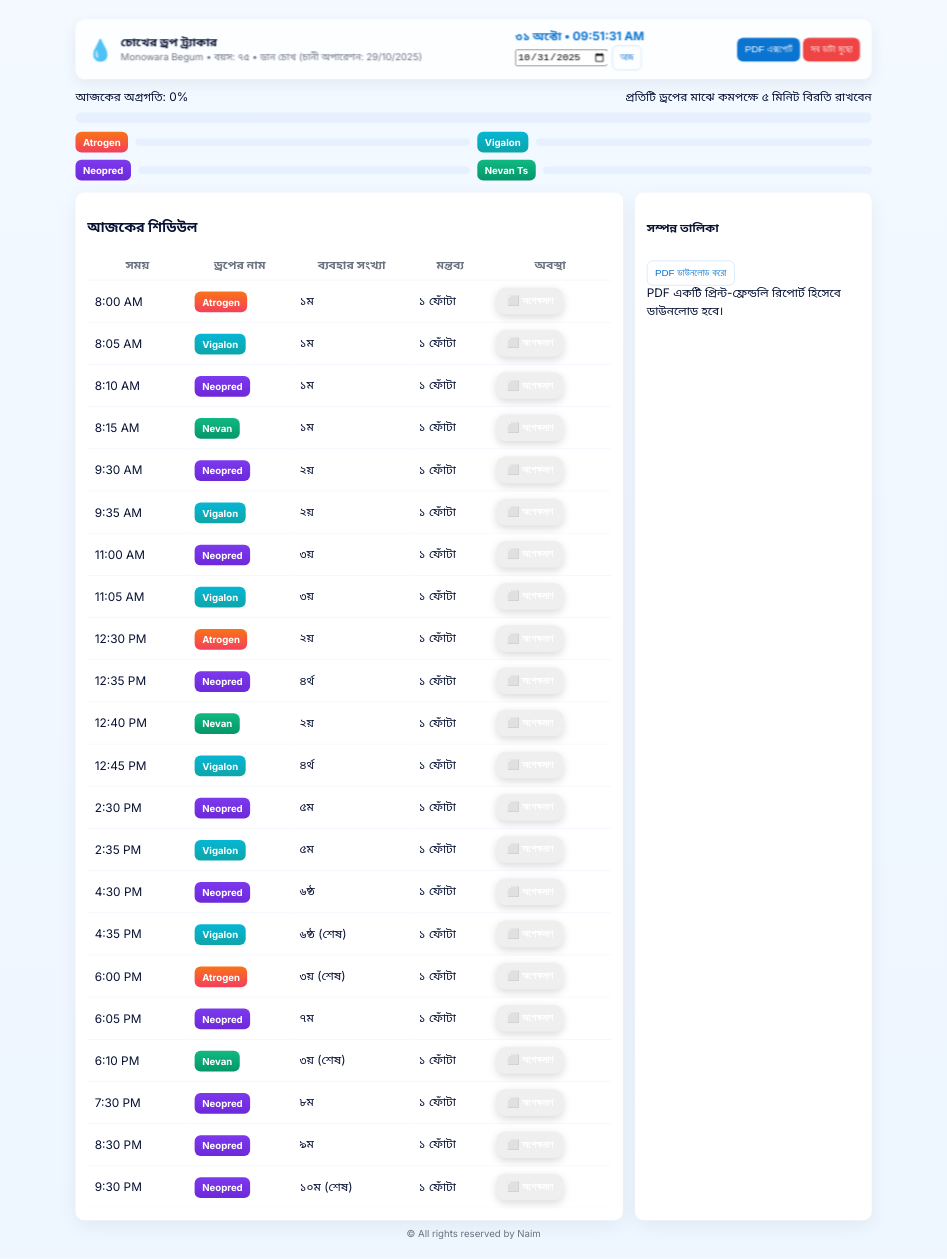
Repository: naimuddin1190/EyeDrop-Tracker
Page: index.html
An editor plug-in stored every save of this project. The page is shown before and after the next save, followed by the edit.
The browser window is 1280 px wide. The pictures show the whole page, at 74% of full size.

Above is the page before, as saved 2025-10-31 12:35:57.

### index.html
<!doctype html>
<html lang="bn">
<head>
  <meta charset="utf-8" />
  <meta name="viewport" content="width=device-width,initial-scale=1" />
  <title>চোখের ড্রপ ট্র্যাকার — Monowara Begum</title>

  <!-- Fonts -->
  <link href="https://fonts.googleapis.com/css2?family=Inter:wght@400;600;700&family=Noto+Sans+Bengali:wght@400;600&display=swap" rel="stylesheet">



  <!-- Styles -->
  <link rel="stylesheet" href="styles.css">

  <!-- html2pdf -->
  <script src="https://unpkg.com/html2pdf.js@0.9.3/dist/html2pdf.bundle.min.js"></script>
</head>
<body>
  <div class="app">
    <header class="topbar">
      <div class="brand">
        <div class="logo">💧</div>
        <div>
          <div class="title">চোখের ড্রপ ট্র্যাকার</div>
          <div class="subtitle">Monowara Begum • বয়স: ৭৫ • ডান চোখ (চানী অপারেশন: 29/10/2025)</div>
        </div>
      </div>

      <div class="top-center">
        <div class="live-time" id="liveTime">—:—</div>
        <div class="date-controls">
          <input type="date" id="viewDate">
          <button id="todayBtn" class="btn ghost">আজ</button>
        </div>
      </div>

      <div class="top-right">
        <button id="exportPdf" class="btn">PDF এক্সপোর্ট</button>
        <button id="clearAll" class="btn danger">সব ডাটা মুছো</button>
      </div>
    </header>

    <!-- Overall progress -->
    <section class="progress-wrap">
      <div class="progress-info">
        <div id="progressText">আজকের অগ্রগতি: 0%</div>
        <div class="small-note">প্রতিটি ড্রপের মাঝে কমপক্ষে ৫ মিনিট বিরতি রাখবেন</div>
      </div>
      <div class="progress-bar-bg">
        <div id="progressBar" class="progress-bar-fill"></div>
      </div>
    </section>

    <!-- 4 individual medicine progress -->
    <section class="progress-multi">
      <div class="med-progress">
        <span class="med-badge med-atrogen">Atrogen</span>
        <div class="progress-bar-bg small"><div id="prog-atrogen" class="progress-bar-fill"></div></div>
      </div>
      <div class="med-progress">
        <span class="med-badge med-vigalon">Vigalon</span>
        <div class="progress-bar-bg small"><div id="prog-vigalon" class="progress-bar-fill"></div></div>
      </div>
      <div class="med-progress">
        <span class="med-badge med-neopred">Neopred</span>
        <div class="progress-bar-bg small"><div id="prog-neopred" class="progress-bar-fill"></div></div>
      </div>
      <div class="med-progress">
        <span class="med-badge med-nevan">Nevan Ts</span>
        <div class="progress-bar-bg small"><div id="prog-nevan" class="progress-bar-fill"></div></div>
      </div>
    </section>

    <!-- Main area -->
    <main class="content">
      <section class="card schedule-card">
        <h3>আজকের শিডিউল</h3>
        <div class="table-wrap">
          <table id="scheduleTable" class="schedule-table">
            <thead>
              <tr>
                <th>সময়</th>
                <th>ড্রপের নাম</th>
                <th>ব্যবহার সংখ্যা</th>
                <th>মন্তব্য</th>
                <th>অবস্থা</th>
              </tr>
            </thead>
            <tbody id="scheduleBody"></tbody>
          </table>
        </div>
      </section>

      <aside class="card side-card">
        <h4>সম্পন্ন তালিকা</h4>
        <ul id="completedList" class="completed-list"></ul>
        <div class="side-actions">
          <button id="exportPdfManual" class="btn ghost">PDF ডাউনলোড করো</button>
          <div class="small-note">PDF একটি প্রিন্ট-ফ্রেন্ডলি রিপোর্ট হিসেবে ডাউনলোড হবে।</div>
        </div>
      </aside>
    </main>

    <div id="pdfContainer" style="display:none;"></div>
    <footer class="footer">© All rights reserved by Naim</footer>
  </div>

  <script src="https://cdnjs.cloudflare.com/ajax/libs/html2pdf.js/0.10.1/html2pdf.bundle.min.js"></script>

  <script src="app.js"></script>
</body>
</html>

### styles.css
:root {
  --bg:#f6fbff;
  --card:#ffffff;
  --accent:#0b74d1;
  --accent-2:#7c3aed;
  --muted:#6b7280;
  --green:#10b981;
  --danger:#ef4444;
}

@font-face {
  font-family: 'NotoSansBangla';
  src: url('fonts/NotoSansBengali-Regular.ttf') format('truetype');
  font-display: swap;
}

@font-face {
  font-family: 'NotoSansBangla';
  src: url('fonts/NotoSansBengali-Bold.ttf') format('truetype');
  font-weight: bold;
  font-display: swap;
}

body {
  font-family: 'NotoSansBangla', sans-serif;
}

* { box-sizing: border-box; }

body {
  margin: 0;
  font-family: "Inter", "Noto Sans Bengali", system-ui;
  background: linear-gradient(180deg,#f3f9ff 0%,#eef6ff 100%);
  color: #071233;
}

/* Container */
.app {
  max-width: 1100px;
  margin: 14px auto;
  padding: 12px;
}

/* Topbar */
.topbar {
  display: flex;
  align-items: center;
  justify-content: space-between;
  gap: 12px;
  padding: 12px 16px;
  border-radius: 12px;
  background: rgba(255, 255, 255, 0.8);
  box-shadow: 0 6px 22px rgba(9,30,66,0.08);
  backdrop-filter: blur(6px);
  flex-wrap: wrap;
}

.brand { display: flex; align-items: center; gap: 10px; }
.logo { font-size: 28px; }
.title { font-weight: 700; font-size: 16px; }
.subtitle { font-size: 13px; color: var(--muted); }
.live-time { color: var(--accent); font-weight: 700; }

.btn {
  background: var(--accent);
  color: #fff;
  padding: 8px 10px;
  border-radius: 8px;
  border: 0;
  cursor: pointer;
}
.btn.ghost { background: transparent; color: var(--accent); border: 1px solid rgba(11,116,209,0.2); }
.btn.danger { background: var(--danger); }

.date-controls {
  display: flex;
  align-items: center;
  gap: 6px;
}

/* Progress */
.progress-wrap { margin-top: 14px; display: flex; flex-direction: column; gap: 8px; }
.progress-bar-bg { height: 14px; background: #e6f0ff; border-radius: 12px; overflow: hidden; }
.progress-bar-fill {
  height: 100%;
  width: 0%;
  background: linear-gradient(90deg,var(--accent),var(--accent-2));
  transition: width 400ms ease;
}
.progress-info { display: flex; justify-content: space-between; align-items: center; }

/* Small individual bars */
.progress-multi { display: grid; grid-template-columns: 1fr 1fr; gap: 10px; margin-top: 12px; }
.med-progress { display: flex; align-items: center; gap: 10px; }
.progress-bar-bg.small { flex: 1; height: 10px; }
.med-badge { padding: 6px 10px; border-radius: 8px; color: #fff; font-weight: 700; font-size: 13px; }
.med-atrogen { background: linear-gradient(180deg,#f97316,#f43f5e); }
.med-vigalon { background: linear-gradient(180deg,#06b6d4,#0ea5a9); }
.med-neopred { background: linear-gradient(180deg,#7c3aed,#6d28d9); }
.med-nevan { background: linear-gradient(180deg,#10b981,#059669); }

/* Layout */
.content { display: grid; grid-template-columns: 1fr 320px; gap: 16px; margin-top: 16px; }
.card { background: var(--card); padding: 16px; border-radius: 12px; box-shadow: 0 8px 28px rgba(13,27,65,0.06); }
.table-wrap { overflow: auto; }

/* Table */
.schedule-table { width: 100%; border-collapse: collapse; min-width: 560px; }
.schedule-table th {
  padding: 8px;
  border-bottom: 1px solid #eef4ff;
  color: var(--muted);
}
.schedule-table td {
  padding: 10px;
  border-bottom: 1px solid #f1f7ff;
}

/* Completed list */
.completed-list {
  list-style: none;
  padding: 0;
  margin: 0;
  max-height: 300px;
  overflow: auto;
}
.completed-list li {
  background: #f3f9ff;
  padding: 8px;
  margin-bottom: 6px;
  border-radius: 8px;
  font-weight: 600;
  color: #073257;
}
.side-actions { margin-top: 10px; }

/* Footer */
.footer { text-align: center; font-size: 13px; color: var(--muted); margin-top: 10px; }

/* Button styles */
.mark-btn {
  padding: 10px 14px;
  border-radius: 12px;
  border: none;
  cursor: pointer;
  font-weight: 700;
  color: white;
  box-shadow: 0 4px 12px rgba(0,0,0,0.15);
  transition: transform 0.2s ease, box-shadow 0.2s ease;
}

/* ✅ Completed Button */
.mark-btn.done {
  background: linear-gradient(90deg,#10b981,#34d399);
  color: #fff;
  box-shadow: 0 4px 12px rgba(16,185,129,0.35);
}

/* 🟠 Drop-specific pending buttons */
.mark-btn.pending[data-idx][data-drop="atrogen"] {
  background: linear-gradient(135deg,#f97316,#f43f5e);
}
.mark-btn.pending[data-idx][data-drop="vigalon"] {
  background: linear-gradient(135deg,#06b6d4,#0ea5a9);
}
.mark-btn.pending[data-idx][data-drop="neopred"] {
  background: linear-gradient(135deg,#7c3aed,#6d28d9);
}
.mark-btn.pending[data-idx][data-drop="nevan"] {
  background: linear-gradient(135deg,#10b981,#059669);
}

.mark-btn:hover {
  transform: scale(1.05);
  box-shadow: 0 6px 18px rgba(0,0,0,0.25);
}

/* Drop complete message */
.drop-complete-msg {
  margin-top: 4px;
  font-size: 14px;
  color: #009e60;
  font-weight: 600;
  animation: fadeIn 0.6s ease;
}

/* All complete banner */
.all-complete-banner {
  margin-top: 12px;
  background: linear-gradient(90deg, #00c853, #64dd17);
  color: white;
  font-weight: 700;
  text-align: center;
  padding: 10px;
  border-radius: 8px;
  animation: fadeIn 1s ease;
  box-shadow: 0 0 10px rgba(0,0,0,0.2);
}

@keyframes fadeIn {
  from { opacity: 0; transform: scale(0.95); }
  to { opacity: 1; transform: scale(1); }
}

/* Responsive */
@media(max-width:900px) {
  .content { grid-template-columns: 1fr; }
  .progress-multi { grid-template-columns: 1fr; }
}

### app.js
/* app.js — বাংলা UI + ৪টি ড্রপের প্রগ্রেস বার + সম্পন্ন তালিকা PDF + progress সম্পূর্ণ হলে বার্তা + সতর্কবার্তা সংযুক্ত */

const scheduleData = [
  ["8:00 AM", "Atrogen 1%", "১ম", "১ ফোঁটা", "atrogen"],
  ["8:05 AM", "Vigalon", "১ম", "১ ফোঁটা", "vigalon"],
  ["8:10 AM", "Neopred", "১ম", "১ ফোঁটা", "neopred"],
  ["8:15 AM", "Nevan Ts", "১ম", "১ ফোঁটা", "nevan"],
  ["9:30 AM", "Neopred", "২য়", "১ ফোঁটা", "neopred"],
  ["9:35 AM", "Vigalon", "২য়", "১ ফোঁটা", "vigalon"],
  ["11:00 AM", "Neopred", "৩য়", "১ ফোঁটা", "neopred"],
  ["11:05 AM", "Vigalon", "৩য়", "১ ফোঁটা", "vigalon"],
  ["12:30 PM", "Atrogen 1%", "২য়", "১ ফোঁটা", "atrogen"],
  ["12:35 PM", "Neopred", "৪র্থ", "১ ফোঁটা", "neopred"],
  ["12:40 PM", "Nevan Ts", "২য়", "১ ফোঁটা", "nevan"],
  ["12:45 PM", "Vigalon", "৪র্থ", "১ ফোঁটা", "vigalon"],
  ["2:30 PM", "Neopred", "৫ম", "১ ফোঁটা", "neopred"],
  ["2:35 PM", "Vigalon", "৫ম", "১ ফোঁটা", "vigalon"],
  ["4:30 PM", "Neopred", "৬ষ্ঠ", "১ ফোঁটা", "neopred"],
  ["4:35 PM", "Vigalon", "৬ষ্ঠ (শেষ)", "১ ফোঁটা", "vigalon"],
  ["6:00 PM", "Atrogen 1%", "৩য় (শেষ)", "১ ফোঁটা", "atrogen"],
  ["6:05 PM", "Neopred", "৭ম", "১ ফোঁটা", "neopred"],
  ["6:10 PM", "Nevan Ts", "৩য় (শেষ)", "১ ফোঁটা", "nevan"],
  ["7:30 PM", "Neopred", "৮ম", "১ ফোঁটা", "neopred"],
  ["8:30 PM", "Neopred", "৯ম", "১ ফোঁটা", "neopred"],
  ["9:30 PM", "Neopred", "১০ম (শেষ)", "১ ফোঁটা", "neopred"]
];

const scheduleBody = document.getElementById('scheduleBody');
const completedList = document.getElementById('completedList');
const progressBar = document.getElementById('progressBar');
const progressText = document.getElementById('progressText');
const liveTime = document.getElementById('liveTime');
const viewDate = document.getElementById('viewDate');
const todayBtn = document.getElementById('todayBtn');
const exportPdf = document.getElementById('exportPdf');
const exportPdfManual = document.getElementById('exportPdfManual');
const clearAll = document.getElementById('clearAll');
const pdfContainer = document.getElementById('pdfContainer');

// Individual progress bar references
const progBars = {
  atrogen: document.getElementById('prog-atrogen'),
  vigalon: document.getElementById('prog-vigalon'),
  neopred: document.getElementById('prog-neopred'),
  nevan: document.getElementById('prog-nevan')
};

const TOTAL = scheduleData.length;

// আজকের তারিখ
function isoToday(d = new Date()) {
  return new Date(d.getTime() - d.getTimezoneOffset() * 60000).toISOString().slice(0, 10);
}
viewDate.value = isoToday();

// সময় আপডেট
function updateClock() {
  const n = new Date();
  liveTime.textContent =
    n.toLocaleDateString('bn-BD', { month: 'short', day: 'numeric' }) +
    ' • ' +
    n.toLocaleTimeString([], { hour: '2-digit', minute: '2-digit', second: '2-digit' });
}
setInterval(updateClock, 1000);
updateClock();

// Storage
function keyFor(d) {
  return 'eyedrop_' + d;
}
function loadDay(d) {
  const raw = localStorage.getItem(keyFor(d));
  if (!raw) {
    const obj = scheduleData.map((r, i) => ({
      idx: i,
      time: r[0],
      med: r[1],
      count: r[2],
      note: r[3],
      tag: r[4],
      taken: false
    }));
    localStorage.setItem(keyFor(d), JSON.stringify(obj));
    return obj;
  }
  return JSON.parse(raw);
}
function saveDay(d, arr) {
  localStorage.setItem(keyFor(d), JSON.stringify(arr));
}

// Render Table + Completed List
function render() {
  const dateStr = viewDate.value;
  const day = loadDay(dateStr);
  scheduleBody.innerHTML = '';
  completedList.innerHTML = '';

  day.forEach(it => {
    const tr = document.createElement('tr');
    const medBadge = `<span class="med-badge med-${it.tag}">${it.med.split(' ')[0]}</span>`;
    tr.innerHTML = `
      <td>${it.time}</td>
      <td>${medBadge}</td>
      <td>${it.count}</td>
      <td>${it.note}</td>
      <td><button class="mark-btn ${it.taken ? 'done' : 'pending'}" data-idx="${it.idx}">
        ${it.taken ? '✅ সম্পন্ন' : '⬜ অপেক্ষমাণ'}
      </button></td>`;
    scheduleBody.appendChild(tr);

    if (it.taken) {
      const li = document.createElement('li');
      li.textContent = `${it.time} — ${it.med} (${it.count})`;
      completedList.appendChild(li);
    }
  });

  document.querySelectorAll('.mark-btn').forEach(btn => {
    btn.onclick = () => {
      toggleTaken(dateStr, parseInt(btn.dataset.idx));
    };
  });

  updateProgressUI(day);
}

// Toggle Taken (with warning)
function toggleTaken(d, idx) {
  const day = loadDay(d);
  const item = day.find(i => i.idx === idx);

  if (item.taken) {
    const confirmMsg = confirm("⚠️ আপনি কি ভুলে ক্লিক করেছেন?\nনাকি সত্যিই পেছনে ফিরবেন?");
    if (!confirmMsg) return; // Cancel করলে কিছু হবে না
  }

  item.taken = !item.taken;
  saveDay(d, day);
  render();
}

// Update Progress UI + messages
function updateProgressUI(day) {
  const done = day.filter(d => d.taken).length;
  const percent = Math.round((done / TOTAL) * 100);
  progressBar.style.width = percent + '%';
  progressText.textContent = `আজকের অগ্রগতি: ${percent}%`;

  let allComplete = true;

  ['atrogen', 'vigalon', 'neopred', 'nevan'].forEach(tag => {
    const total = day.filter(d => d.tag === tag).length;
    const done = day.filter(d => d.tag === tag && d.taken).length;
    const p = Math.round((done / total) * 100);
    progBars[tag].style.width = p + '%';

    let msgId = 'msg_' + tag;
    let existing = document.getElementById(msgId);
    if (p === 100) {
      if (!existing) {
        const msg = document.createElement('div');
        msg.id = msgId;
        msg.className = 'drop-complete-msg';
        msg.textContent = `✔️ ${tag.toUpperCase()} সম্পন্ন হয়েছে`;
        progBars[tag].parentElement.parentElement.appendChild(msg);
      }
    } else if (existing) {
      existing.remove();
      allComplete = false;
    }
    if (p < 100) allComplete = false;
  });

  // যদি সব ড্রপ সম্পন্ন হয়
  let doneMsg = document.getElementById('allDoneMsg');
  if (allComplete) {
    if (!doneMsg) {
      doneMsg = document.createElement('div');
      doneMsg.id = 'allDoneMsg';
      doneMsg.className = 'all-complete-banner';
      doneMsg.textContent = '🎉 আজকের সব ড্রপের শিডিউল সফলভাবে সম্পন্ন হয়েছে!';
      document.querySelector('.progress-wrap').appendChild(doneMsg);
    }
  } else if (doneMsg) {
    doneMsg.remove();
  }
}

// Buttons
todayBtn.onclick = () => {
  viewDate.value = isoToday();
  render();
};
viewDate.onchange = () => render();
clearAll.onclick = () => {
  if (confirm('সব ডাটা মুছে ফেলতে চাও?')) {
    Object.keys(localStorage).forEach(k => {
      if (k.startsWith('eyedrop_')) localStorage.removeItem(k);
    });
    render();
  }
};

// PDF Export
function generateTablePDF() {
  const dateStr = viewDate.value;
  const day = loadDay(dateStr);

  let tableHtml = `
  <h2 style="margin:0 0 6px 0">চোখের ড্রপ রিপোর্ট</h2>
  <div style="font-size:14px;color:#333;margin-bottom:6px">তারিখ: ${dateStr}</div>
  <table style="width:100%;border-collapse:collapse;font-size:14px">
    <thead>
      <tr>
        <th style="text-align:left;padding:6px;border-bottom:1px solid #ddd">সময়</th>
        <th style="text-align:left;padding:6px;border-bottom:1px solid #ddd">ড্রপ</th>
        <th style="padding:6px;border-bottom:1px solid #ddd">ব্যবহার সংখ্যা</th>
        <th style="padding:6px;border-bottom:1px solid #ddd">মন্তব্য</th>
        <th style="padding:6px;border-bottom:1px solid #ddd">অবস্থা</th>
      </tr>
    </thead>
    <tbody>`;

  day.forEach(it => {
    tableHtml += `
      <tr>
        <td style="padding:6px;border-bottom:1px solid #f2f2f2">${it.time}</td>
        <td style="padding:6px;border-bottom:1px solid #f2f2f2">${it.med}</td>
        <td style="padding:6px;border-bottom:1px solid #f2f2f2">${it.count}</td>
        <td style="padding:6px;border-bottom:1px solid #f2f2f2">${it.note}</td>
        <td style="padding:6px;border-bottom:1px solid #f2f2f2">${it.taken ? '✅ সম্পন্ন' : '⬜ অপেক্ষমাণ'}</td>
      </tr>`;
  });

  tableHtml += `</tbody></table>`;
  pdfContainer.innerHTML = tableHtml;

  const opt = {
    margin: 0.5,
    filename: `EyeDrop_${dateStr}.pdf`,
    image: { type: 'jpeg', quality: 0.98 },
    html2canvas: { scale: 2 },
    jsPDF: { unit: 'in', format: 'a4', orientation: 'portrait' }
  };

  html2pdf().set(opt).from(pdfContainer).save();
}

exportPdf.onclick = generateTablePDF;
exportPdfManual.onclick = generateTablePDF;

// Initial Render
render();

After the next save:
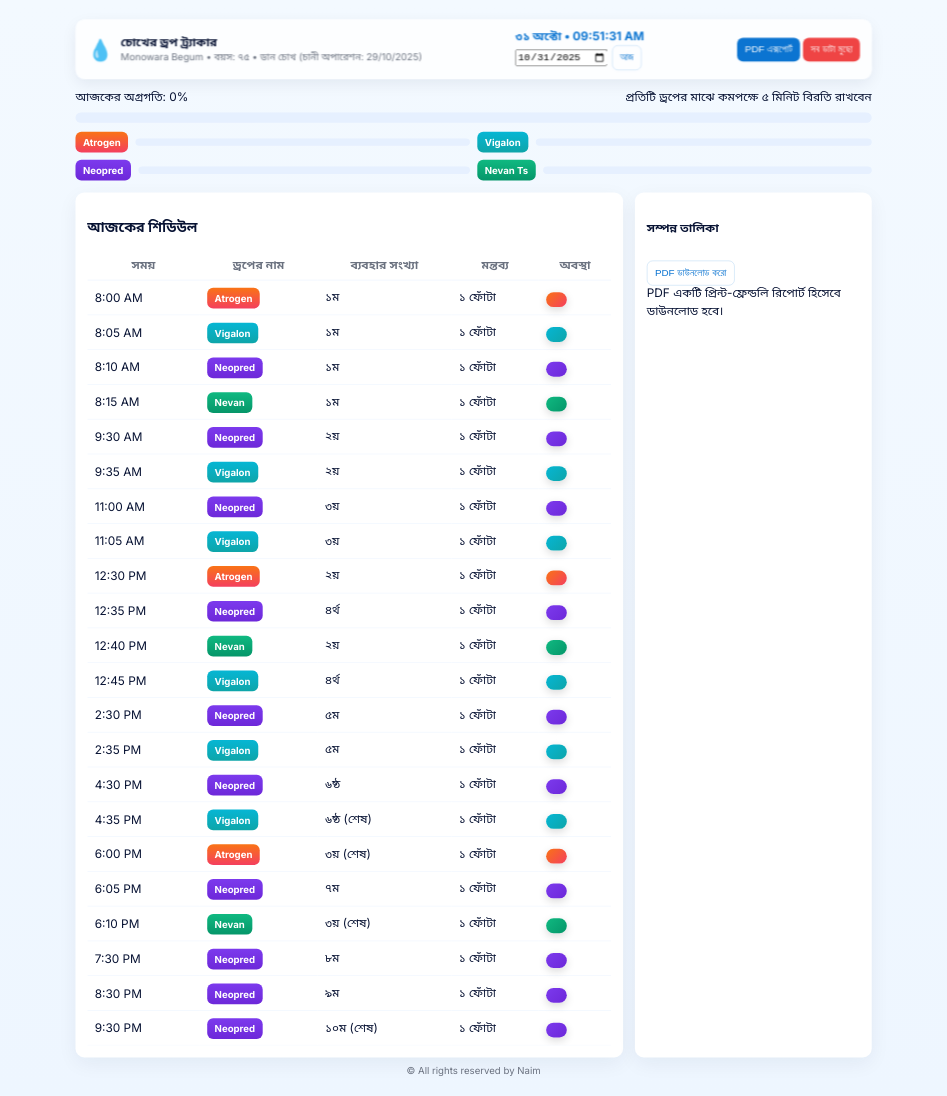
Saved 37 s later.
--- a/app.js
+++ b/app.js
@@ -104,9 +104,8 @@ function render() {
       <td>${medBadge}</td>
       <td>${it.count}</td>
       <td>${it.note}</td>
-      <td><button class="mark-btn ${it.taken ? 'done' : 'pending'}" data-idx="${it.idx}">
-        ${it.taken ? '✅ সম্পন্ন' : '⬜ অপেক্ষমাণ'}
-      </button></td>`;
+      <td><button class="mark-btn ${it.taken ? 'done' : 'pending'}" data-idx="${it.idx}" data-drop="${it.tag}">
+`;
     scheduleBody.appendChild(tr);
 
     if (it.taken) {
